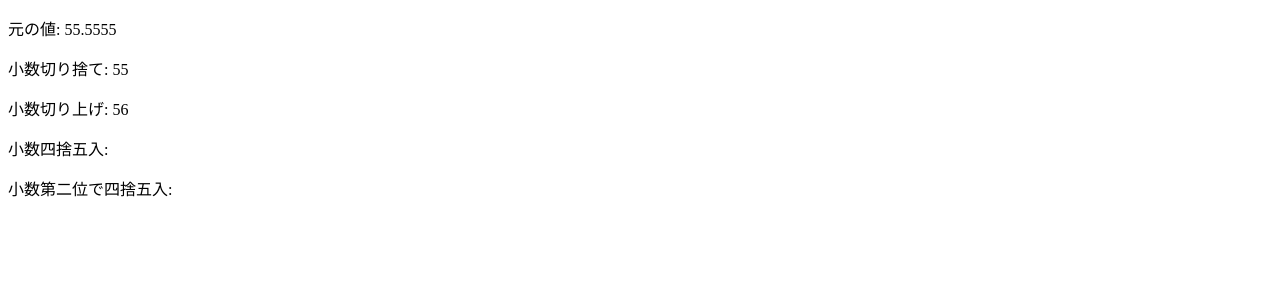
Repository: kawahito05-work/dc_work_nakano_kawahito_php
Page: http://localhost/htdocs/php03/challenge_function_float.php
The author's editor kept a record of every edit. The page is drawn from the files as they stood at one moment, then again after the next edit.
The browser window is 1280 px wide. The pictures show the whole page.
The page is run by PHP 8.4 with error messages shown; the project is at /var/www/html/.

Above is the page before.

### htdocs/php03/challenge_function_float.php
<?php
// $valueの値を定義
$value = 55.5555;

// 小数切り捨て値の処理を記述
 $floor = floor($value);

// 小数切り上げの処理を記述
 $ceil = ceil($value);

// 小数四捨五入の処理を記述


// 小数点以下第三位四捨五入の処理を記述


?>
<!DOCTYPE html>
<html lang="ja">
<head>
    <meta charset="UTF-8">
    <title>課題</title>
</head>
<body>
    <p>元の値: <?php print $value ?></p>
    <p>小数切り捨て: <?php print $floor ?></p>
    <p>小数切り上げ: <?php print $ceil ?></p>
    <p>小数四捨五入: </p>
    <p>小数第二位で四捨五入: </p>
</body>
</html>

After the next edit:
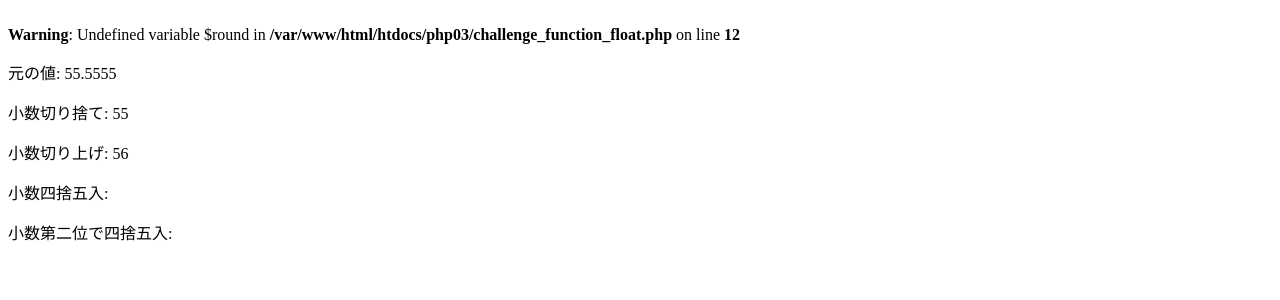
The edit:
--- a/htdocs/php03/challenge_function_float.php
+++ b/htdocs/php03/challenge_function_float.php
@@ -9,7 +9,7 @@
  $ceil = ceil($value);
 
 // 小数四捨五入の処理を記述
-
+ $round = round($round);
 
 // 小数点以下第三位四捨五入の処理を記述
 
